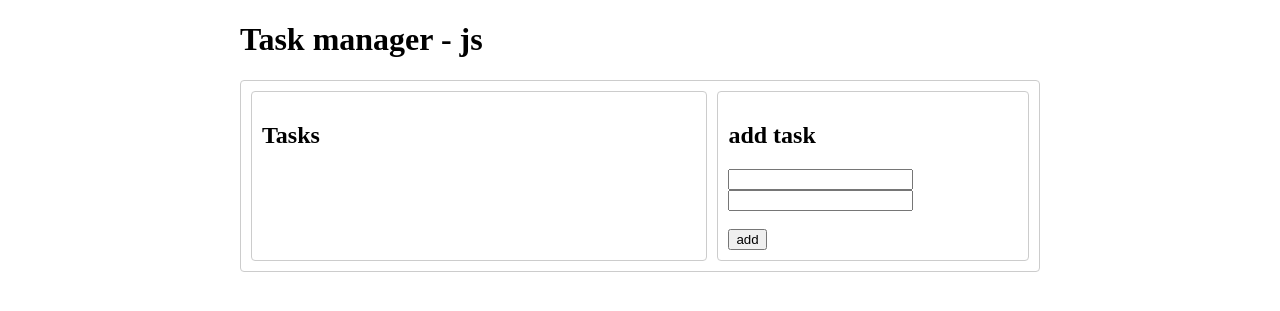
Repository: iKrekus/taskmgr-js
Page: index.html
These files come from the project's save history. The page is drawn as it stood at one moment and after the next save; the edit follows.
The browser window is 1280 px wide. The pictures show the whole page.

Above is the page before, as saved 2024-03-15 13:27:34.

### index.html
<!DOCTYPE html>
<html>
<head>
  <meta charset='utf-8'>
  <meta http-equiv='X-UA-Compatible' content='IE=edge'>
  <title>Task manager - js</title>
  <meta name='viewport' content='width=device-width, initial-scale=1'>
  <link rel='stylesheet' type='text/css' media='screen' href='style.css'>
</head>
<body>
<main class="task-mgr">
  <h1>Task manager - js</h1>
  <div class="task-mgr__container container">
    <div class="task-mgr__tasks-box container">
      <h2>Tasks</h2>
      <ul class="task-mgr__list">
      </ul>
    </div>
    <div class="task-mgr__add-task container">
      <h2>add task</h2>
      <label for="title">
        <input type="text" name="title" id="task-title" class="task-mgr__field">
      </label>
      <label for="description">
        <input type="text" name="description" id="task-description" class="task-mgr__field">
      </label>
      <br>
      <br>
      <button type="button" class="btn btn__add" id="btn-add">add</button>
    </div>
  </div>
</main>
<template id="task-tmpl">
  <li>
  <p class="task-title"></p>
  <p class="task-description"></p>
  <button type="button" class="btn btn__remove">Clear</button>
  </li>
</template>
<script src='app.js'></script>
</body>
</html>

### style.css
.task-mgr {
  max-width: 800px;
  margin: 0 auto;
}

li {
  list-style-type: none;
  padding: 0;
}

.task-mgr__container {
  display: flex;
  gap: 10px;
}

.task-mgr__tasks-box {
  width: 60%;
}

.task-mgr__add-task {
  width: 40%;
}

.task-mgr-btn {
  width: 100%;
}

.container {
  border: 1px solid #cccccc;
  border-radius: 4px;
  padding: 10px;
}

### app.js
const taskTitleField = document.querySelector('#task-title');
const taskDescriptionField = document.querySelector('#task-description');
const buttonAdd = document.querySelector('#btn-add');
const taskTitle = document.querySelector('.task-mgr__list');
const taskTemplate = document.querySelector('#task-tmpl').content;

buttonAdd.addEventListener('click', function () {
  if (taskTitleField.value && taskDescriptionField.value) {
  createTask(taskTitleField.value, taskDescriptionField.value);
  clear();
  }

})

function clear(){
  taskTitleField.value='';
  taskDescriptionField.value='';
};

function createTask (name, description) {
  const task = taskTemplate.cloneNode(true);
  task.querySelector('.task-title').textContent = name;
  task.querySelector('.task-description').textContent = description;
  task.querySelector('.btn__remove').addEventListener('click', function(){
    this.closest('LI').remove();
  });
  renderTask(task)
}

function renderTask (task) {
  const taskElement = document.createDocumentFragment();
  taskElement.append(task);
  taskTitle.append(taskElement);
}

After the next save:
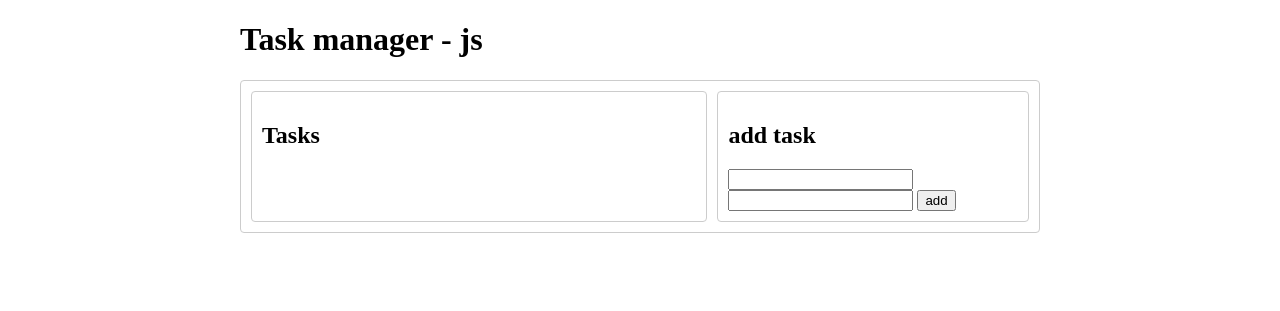
Saved 56 s later.
--- a/index.html
+++ b/index.html
@@ -24,8 +24,6 @@
       <label for="description">
         <input type="text" name="description" id="task-description" class="task-mgr__field">
       </label>
-      <br>
-      <br>
       <button type="button" class="btn btn__add" id="btn-add">add</button>
     </div>
   </div>
